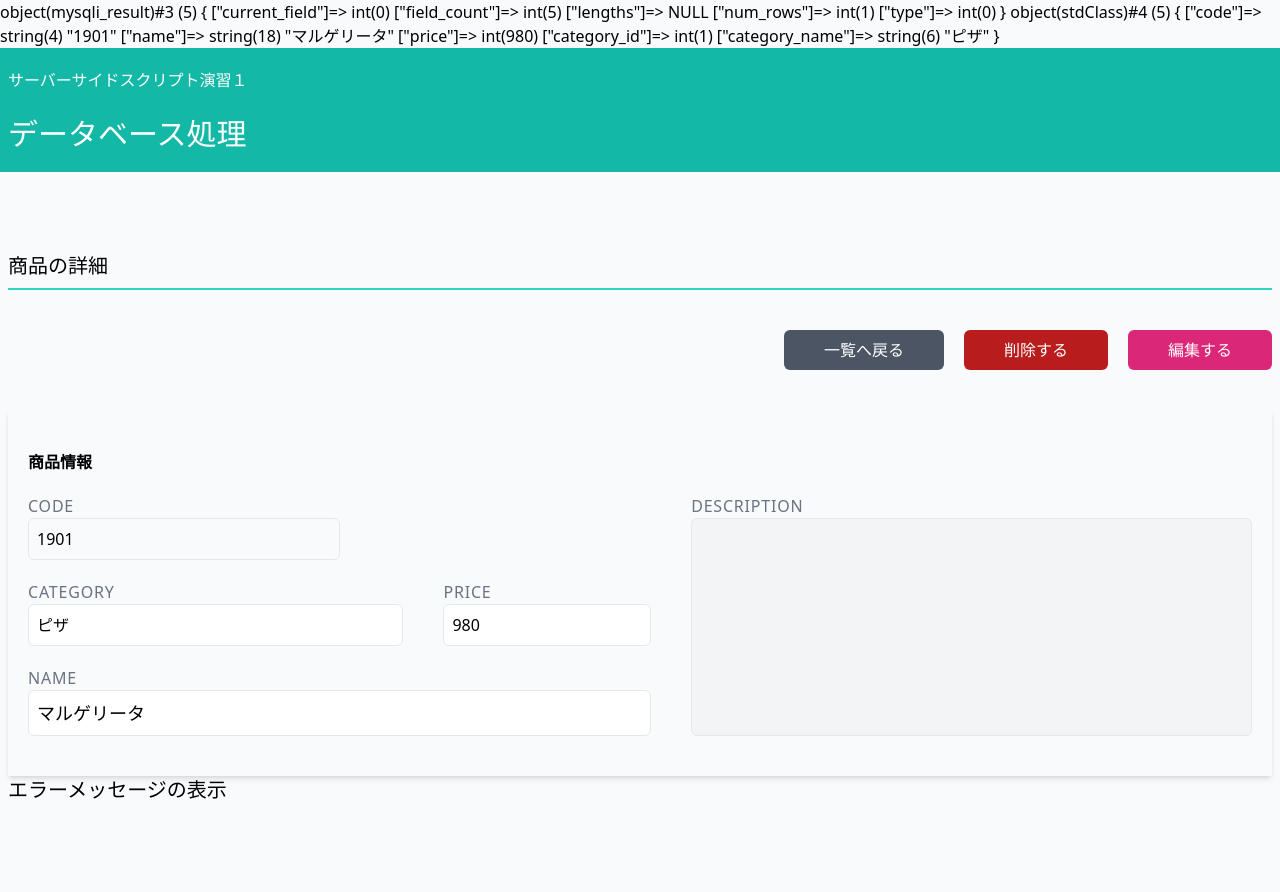
Repository: OkadaMiki/php1
Page: http://localhost/kadai07_1.php?product_code=1901
An editor plug-in stored every save of this project. The page is shown before and after the next save, followed by the edit.
The browser window is 1280 px wide. The pictures show the whole page.
Some web libraries are served in a nearby version. The page is run by PHP 8.4 with error messages shown; the project is at /var/www/html/. The database holds what the project's SQL file puts in it.

Above is the page before, as saved 2024-07-11 14:45:16.

### kadai07_1.php
<?php

require_once __DIR__ . "/config.php";
require_once __DIR__ . "/utility.php";

// [GET] product_code
$productCode = filter_input(INPUT_GET, "product_code");

try {
  // product_codeがない場合はkadai06_1.phpへリダイレクト
  if (!$productCode) {
    redirect("kadai06_1.php");
  }

  // DB接続
  $db = new mysqli(DB_HOST, DB_USER, DB_PASS, DB_NAME);
  if ($db->connect_error) {
    throw new Exception("DB Connect Error");
  }
  $db->set_charset("utf8");

  $table = TB_PRODUCT;
  $sql = "
    SELECT
      code,
      {$table}.name,
      price,
      category_id,
      php1_categories.name AS category_name
    FROM
      {$table}
    LEFT OUTER JOIN
      php1_categories
      ON
        {$table}.category_id = php1_categories.id
    WHERE {$table}.code = ?
  ";

  // ステートメントの準備
  $stmt = $db->prepare($sql);

  // ステートメントのパラメータに値を設定
  $stmt->bind_param("s", $productCode);

  // ステートメントの実行
  $stmt->execute();

  // ステートメントの実行結果を取り出す
  $result = $stmt->get_result();

  if (!$result->num_rows) {
    redirect("kadai06_1.php");
  }
  $product = $result->fetch_object();
  var_dump($result);
} catch (Exception $error) {
}

var_dump($product);
// var_dump($productName);
// var_dump($productPrice);
// var_dump($productCategoryId);

?>
<!DOCTYPE html>
<html lang="ja">

<head>
  <meta charset="UTF-8">
  <meta name="viewport" content="width=device-width, initial-scale=1.0">

  <!-- link -->
  <link href="asset/styles/style.css" rel="stylesheet">

  <!-- script -->
  <script src="https://cdn.tailwindcss.com"></script>
  <title>php1 - kadai07_1</title>
</head>

<body class="bg-slate-50">
  <div class="wrapper box-border">

    <header class="bg-teal-500">
      <div class="container mx-auto px-2 py-5">
        <h1 class="text-l text-white mb-6"><a href="#">サーバーサイドスクリプト演習１</a></h1>
        <h2 class="text-3xl text-white">データベース処理</h2>
      </div><!--/.container-->
    </header>

    <main>
      <div class="container w-full h-full mx-auto px-2 py-20">

        <h3 class="text-xl border-b-2 border-teal-400 pb-2 mb-10">商品の詳細</h3>

        <div class="flex flex-col sm:flex-row justify-end mb-10">
          <a href="./kadai06_1.php" class="text-white text-center leading-10 bg-gray-600 px-10 hover:bg-gray-500 rounded-md">一覧へ戻る</a>
          <a href="#" class="text-white text-center leading-10 bg-red-700 px-10 px-10 mx-5 hover:bg-red-600 rounded-md">削除する</a>
          <!--kadai10_1-->
          <!--
        <form action="" method="" class="w-full sm:w-fit">
        <input type="hidden" name="_method" value="DELETE">
        <input type="hidden" name="product_no" value="">
        <button type="submit" class="w-full sm:w-fit text-white text-center leading-10 bg-red-700 px-10 px-10 mx-0 sm:mx-5 my-2 sm:my-0 hover:bg-red-600 rounded-md">削除する</button>
      </form>
      -->
          <!--/kadai09_1-->
          <a href="kadai09_1.php?product_code=<?= $product->code ?>" class="text-white text-center leading-10 bg-pink-600 px-10 hover:bg-pink-500 rounded-md">編集する</a>
        </div>


        <div class="product-wrap px-5 py-10 shadow-md">
          <h4 class="font-bold mb-5">商品情報</h4>
          <div class="flex flex-col md:flex-row">
            <div class="flex-grow mr-0 md:mr-10 mb-5 md:mb-0">
              <div class="mb-5">
                <div class="w-6/12">
                  <p class="text-gray-500 text-left uppercase tracking-wider">code</p>
                  <p class="px-2 py-2 border rounded-md"><?= $product->code ?></p>
                </div>
              </div>

              <div class="flex justify-between mb-5">
                <div class="flex-grow mr-10">
                  <p class="text-gray-500 text-left uppercase tracking-wider">category</p>
                  <p class="bg-white px-2 py-2 border  rounded-md"><?= $product->category_name ?></p>
                </div>
                <div class="w-4/12">
                  <p class="text-gray-500 text-left uppercase tracking-wider">price</p>
                  <p class="bg-white px-2 py-2 border  rounded-md"><?= $product->price ?></p>
                </div>
              </div>

              <div>
                <p class="text-gray-500 text-left uppercase tracking-wider">name</p>
                <p class="bg-white text-lg px-2 py-2 border  rounded-md"><?= $product->name ?></p>
              </div>
            </div>

            <div class="flex flex-col items-stretch flex-grow">
              <p class="text-gray-500 text-left uppercase tracking-wider">description</p>
              <p class="flex-grow h-32 md:h-max text-lg px-2 bg-gray-100 py-2 border rounded-md"></p>
            </div>
          </div>

        </div><!--/.product-wrap-->

        <!-- エラーメッセージ -->
        <p class="text-xl">エラーメッセージの表示</p>


      </div><!--/.container-->
    </main>

  </div><!--/.wrapper-->
</body>

</html>

### config.php
<?php

// DB関係
// define("DB_HOST", "localhost");
// ふたつはおなじことしてる
const DB_HOST = "localhost";
const DB_USER = "mokada";
const DB_PASS = "eccMyAdmin";
const DB_NAME = "mokada";

const TB_PRODUCT = "php1_products";

### utility.php
<?php

//　汎用的な関数を定義

// htmlspecialchars
//　↓()の中にイコールで書くと初期値が設定できる
function h($str)
{
    return htmlspecialchars($str, ENT_QUOTES);
}

// セッションデータを参照
function old($key)
{
    if (session_status() === PHP_SESSION_NONE) {
        session_start();
    }

    return (!empty($_SESSION[$key])) ? h($_SESSION[$key]) : "";
}

// リダイレクトを行う関数
function redirect($location)
{
    header("Location: {$location}");
    exit;
}

### css/style.css
@charset "UTF-8";

html {
  scroll-behavior: smooth;
}
.wrapper {
  min-width: 320px;
}

### db/Categories.sql (the tables this page reads)
CREATE TABLE  php1_categories(
    `id`   INT UNSIGNED AUTO_INCREMENT PRIMARY KEY,    
    `name` VARCHAR(64)  NOT NULL                       
);

INSERT INTO php1_categories( `name` ) VALUES 
    ( 'ピザ' ),
    ( 'ドリンク' ),
    ( 'デザート' );

### db/Products.sql (the tables this page reads)
CREATE TABLE  php1_products(
    `code`        VARCHAR(4)    PRIMARY KEY,    
    `name`        VARCHAR(64)   NOT NULL,       
    `price`       INT UNSIGNED,                 
    `category_id` INT UNSIGNED  NOT NULL        
);

INSERT INTO php1_products( `code`, `name`, `price`, `category_id` ) VALUES 
    ( "1901", "マルゲリータ", 980, 1 ),
    ( "1902", "アメリカン", 720, 1 ),
    ( "1903", "ジェノベーゼ", 1340, 1 ),
    ( "2901", "コーラ", 200, 2 ),
    ( "2902", "スプライト", 200, 2 ),
    ( "2903", "スーパードライ", 300, 2 ),
    ( "3901", "バニラシェイク", 590, 3 ),
    ( "3902", "ストロベリーシェイク", 590, 3 ),
    ( "3903", "プチパンケーキ", 460, 3 );

After the next save:
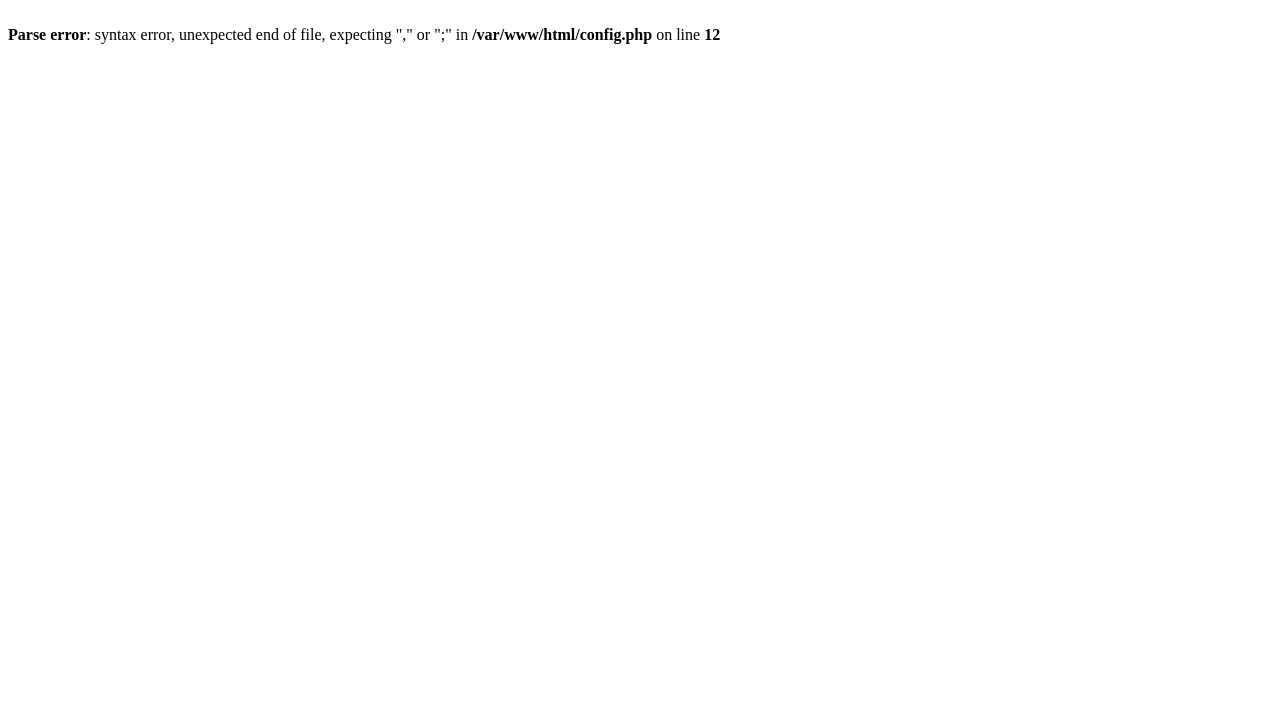
Saved 79 s later.
--- a/config.php
+++ b/config.php
@@ -9,3 +9,4 @@ const DB_PASS = "eccMyAdmin";
 const DB_NAME = "mokada";
 
 const TB_PRODUCT = "php1_products";
+const TB_CATEGORY = "php1_categories"

After the save that followed:
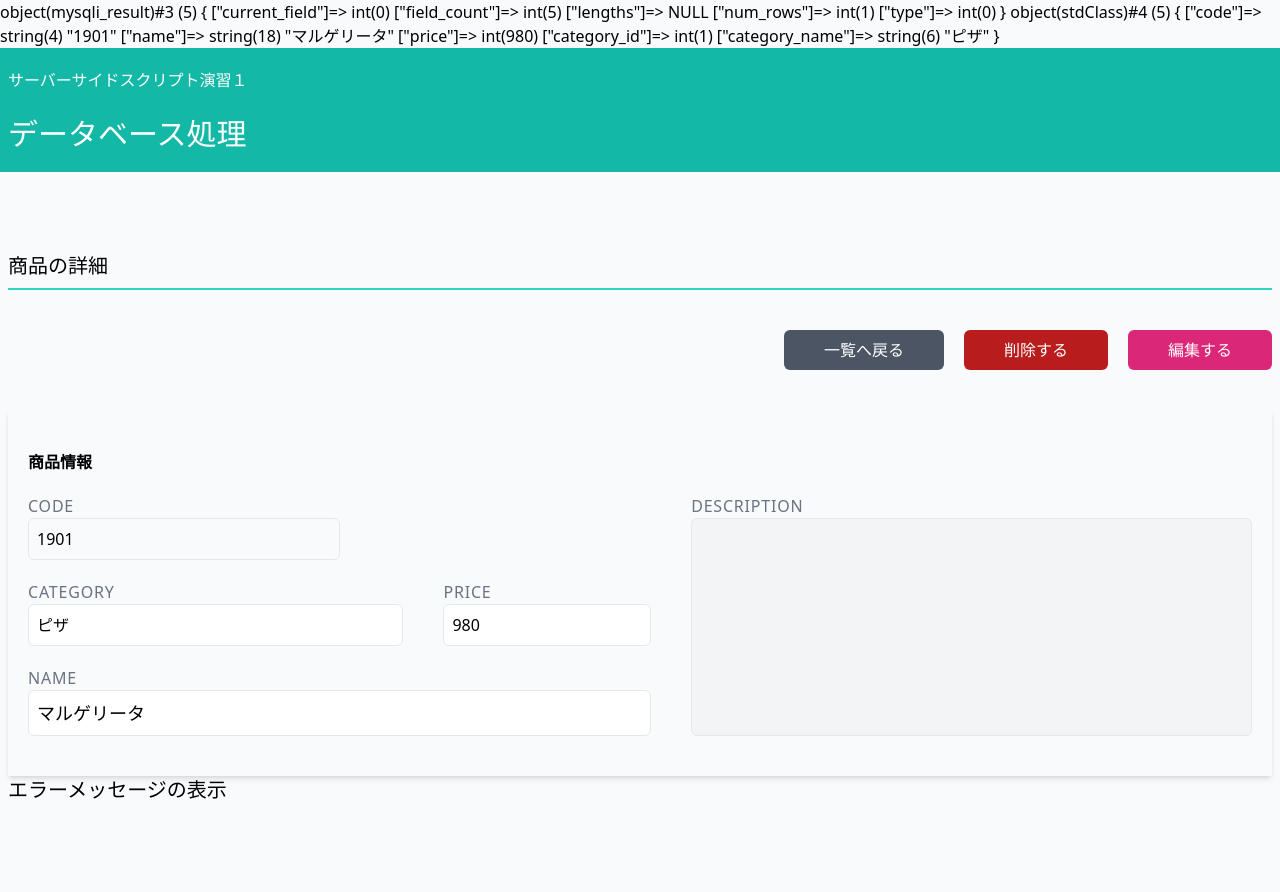
Saved 4 s later.
--- a/config.php
+++ b/config.php
@@ -9,4 +9,4 @@ const DB_PASS = "eccMyAdmin";
 const DB_NAME = "mokada";
 
 const TB_PRODUCT = "php1_products";
-const TB_CATEGORY = "php1_categories"
+const TB_CATEGORY = "php1_categories";
